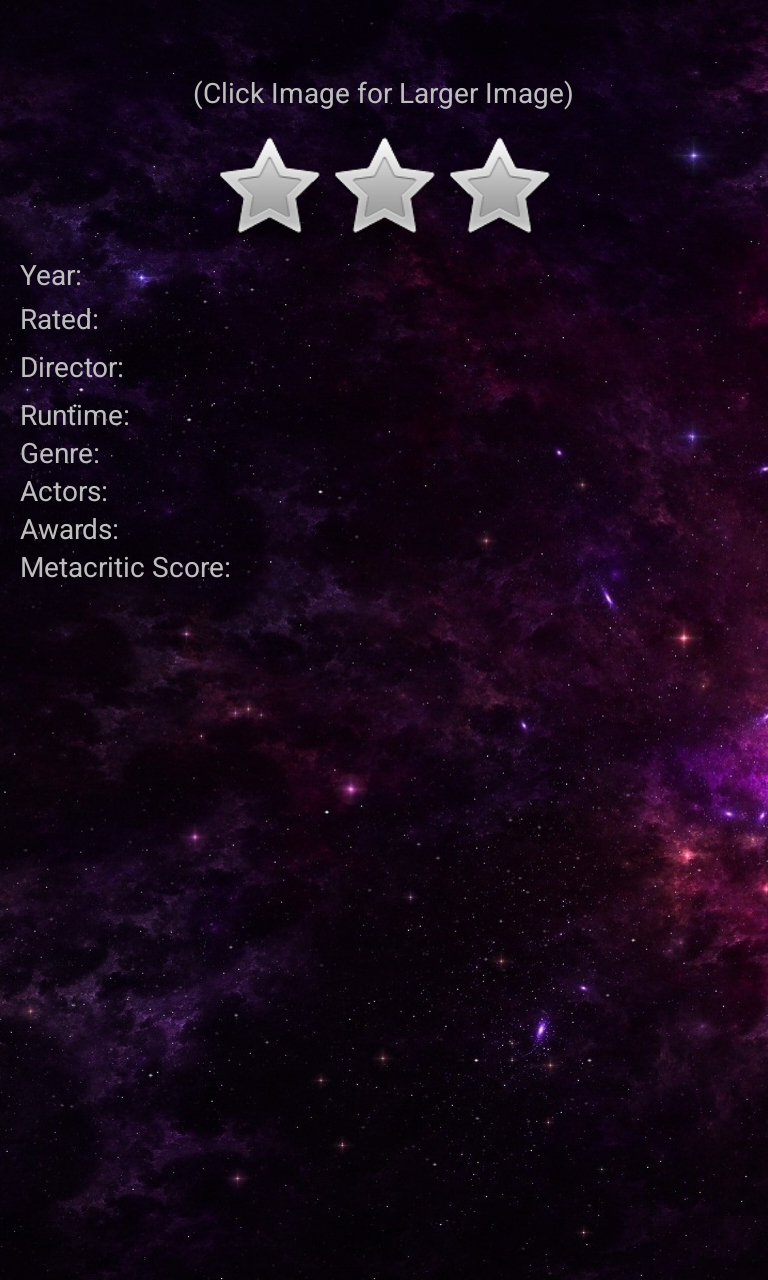
Repository: laurenelder/Java2_Elder
Layout: MovieLookup/res/layout/detail_layout.xml
The author's editor kept a copy of each file at every save. The layout is drawn from the files as they stood at one save, then again after the next save.
It is drawn on a 768 x 1280 px phone screen (xhdpi) without system bars, with theme android:Theme.Black; the app's code is not run.

Above is the layout before, as saved 2014-07-29 16:09:59.

After the next save:
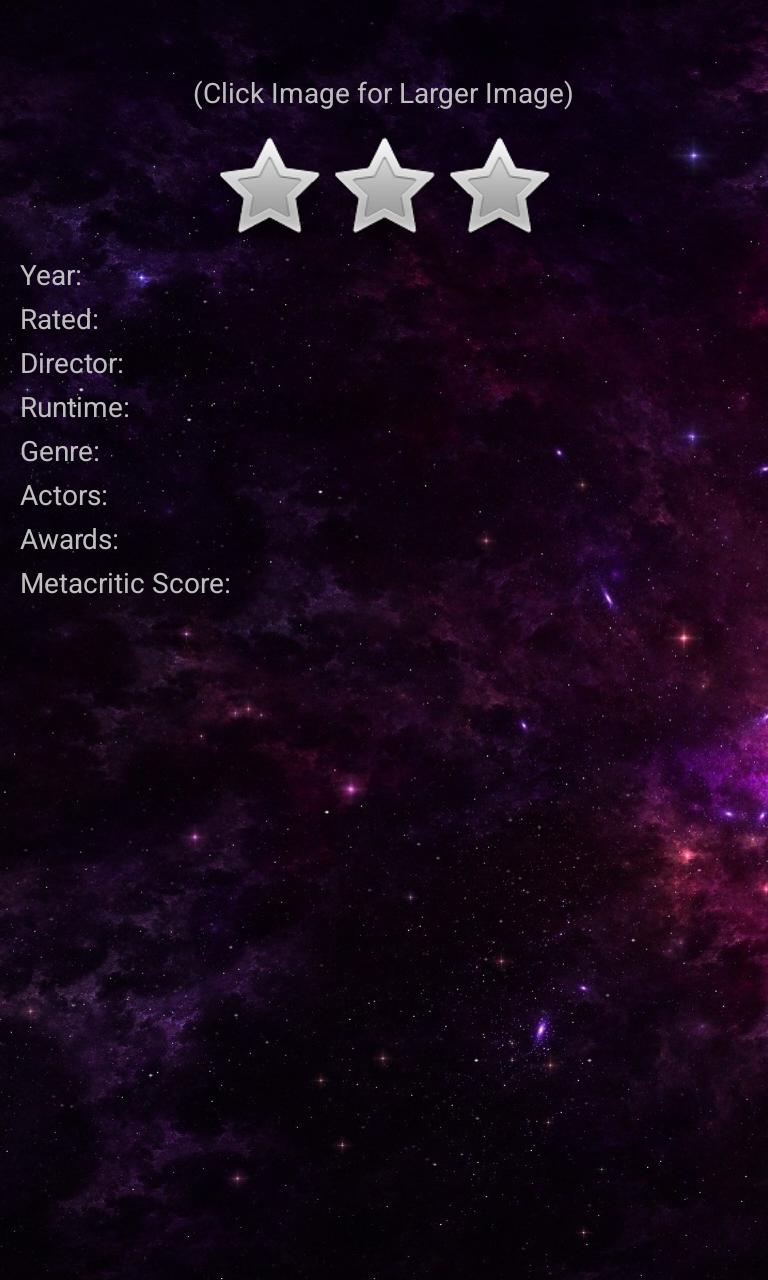
Saved 42 s later.
--- a/MovieLookup/res/layout/detail_layout.xml
+++ b/MovieLookup/res/layout/detail_layout.xml
@@ -108,7 +108,7 @@
     <RelativeLayout
         android:layout_width="match_parent"
         android:layout_height="wrap_content"
-        android:layout_marginTop="5dp" >
+        android:layout_marginTop="3dp" >
 
         <TextView
             android:id="@+id/directorLabel"
@@ -133,7 +133,7 @@
     <RelativeLayout
         android:layout_width="match_parent"
         android:layout_height="wrap_content"
-        android:layout_marginTop="5dp" >
+        android:layout_marginTop="3dp" >
 
         <TextView
             android:id="@+id/runtimeLabel"
@@ -158,7 +158,7 @@
     <RelativeLayout
         android:layout_width="match_parent"
         android:layout_height="wrap_content"
-        android:layout_marginTop="0dp" >
+        android:layout_marginTop="3dp" >
 
         <TextView
             android:id="@+id/genreLabel"
@@ -183,7 +183,7 @@
     <RelativeLayout
         android:layout_width="match_parent"
         android:layout_height="wrap_content"
-        android:layout_marginTop="0dp" >
+        android:layout_marginTop="3dp" >
 
         <TextView
             android:id="@+id/actorLabel"
@@ -208,7 +208,7 @@
     <RelativeLayout
         android:layout_width="match_parent"
         android:layout_height="wrap_content"
-        android:layout_marginTop="0dp" >
+        android:layout_marginTop="3dp" >
 
         <TextView
             android:id="@+id/awardsLabel"
@@ -233,7 +233,7 @@
     <RelativeLayout
         android:layout_width="match_parent"
         android:layout_height="wrap_content"
-        android:layout_marginTop="0dp" >
+        android:layout_marginTop="3dp" >
 
         <TextView
             android:id="@+id/scoreLabel"
